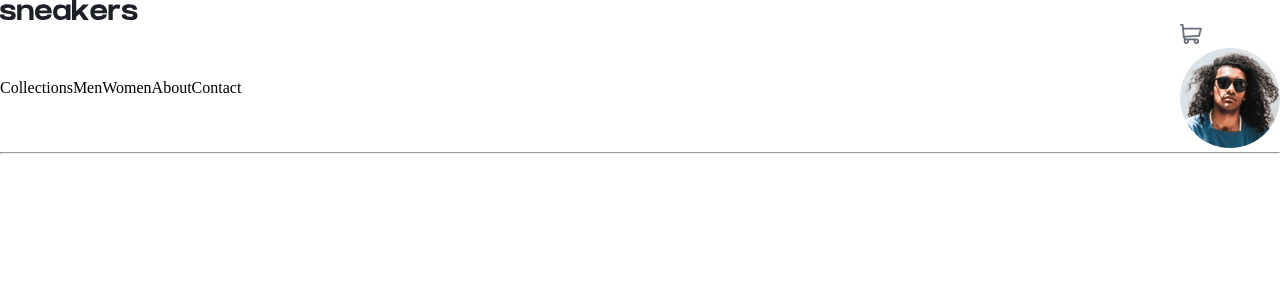
Repository: DevLaukey/ecommerce-design
Page: index.html
The author's editor kept a copy of each file at every save. The page is drawn from the files as they stood at one save, then again after the next save.
The browser window is 1280 px wide. The pictures show the whole page.

Above is the page before, as saved 2022-05-15 16:41:51.

After the next save:
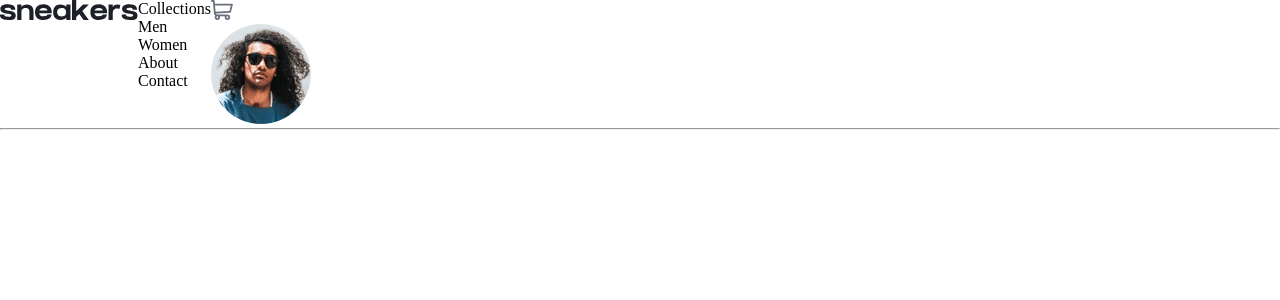
Saved 29 s later.
--- a/css/style.css
+++ b/css/style.css
@@ -3,7 +3,7 @@
   padding: 0;
   box-sizing: border-box;
 }
-.nav .nav-menu {
+.nav {
   display: flex;
   flex-direction: row;
   width: 100%;
